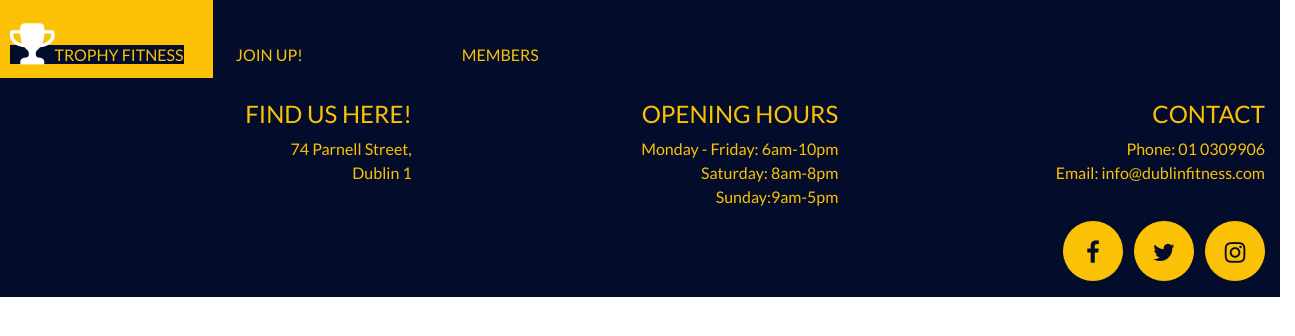
Repository: Code-Institute-Submissions/conbonbom-Milestone-project-1
Page: index.html
The author's editor kept a record of every edit. The page is drawn from the files as they stood at one moment, then again after the next edit.
The browser window is 1280 px wide. The page is 1295 px wide, so the pictures cover 1295 px, including what lies to the right of the window. The pictures show the whole page.
The pointer rests on the first visible `.nav-item`.

Above is the page before.

After the next edit:
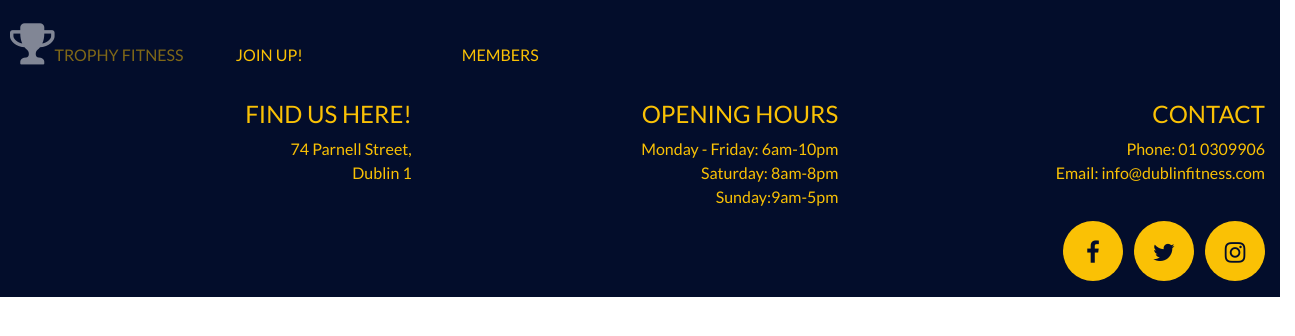
The edit:
--- a/Assets/style.css
+++ b/Assets/style.css
@@ -29,8 +29,7 @@
 }
 
 .nav-item:hover {
-    color: #030d2b;
-    background: #fac105;
+ opacity: 0.5;
 }
 
 .nav-item a i {
